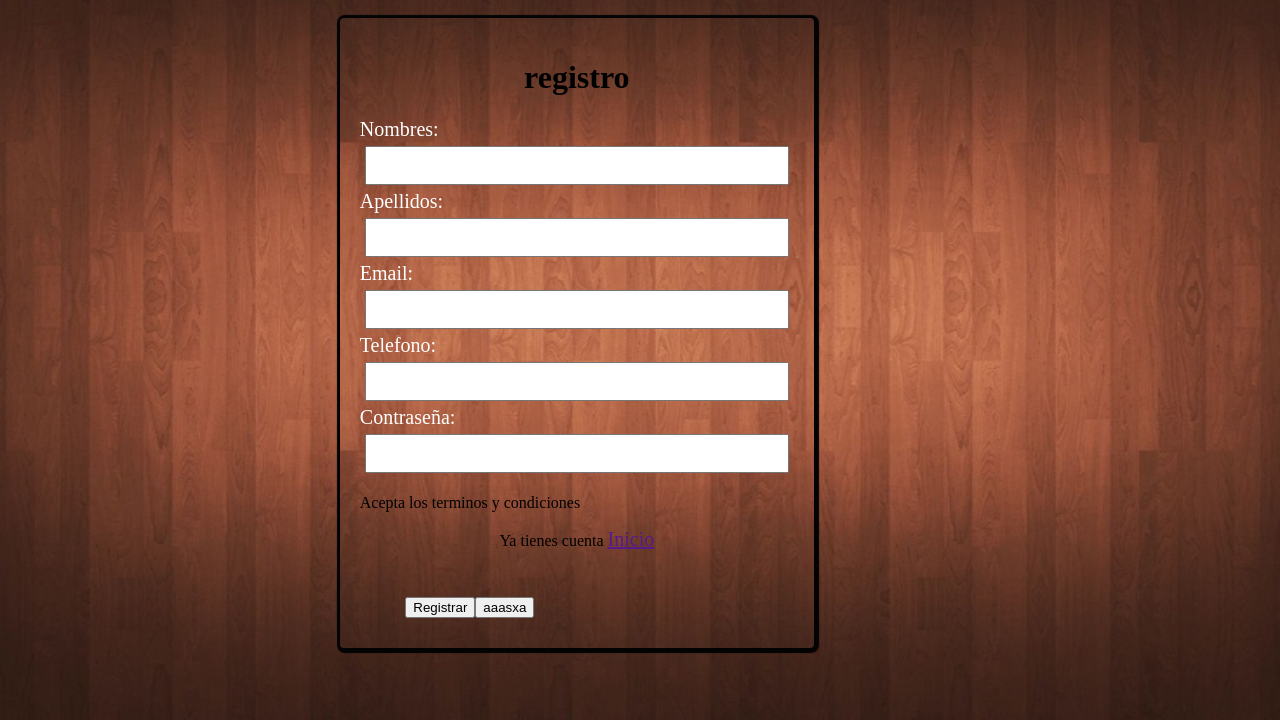
Repository: ye909/aplicacion_restaurante
Page: public/templeis/registro.html
The author's editor kept a copy of each file at every save. The page is drawn from the files as they stood at one save, then again after the next save.
The browser window is 1280 px wide. The pictures show the whole page.

Above is the page before, as saved 2024-11-12 21:55:18.

After the next save:
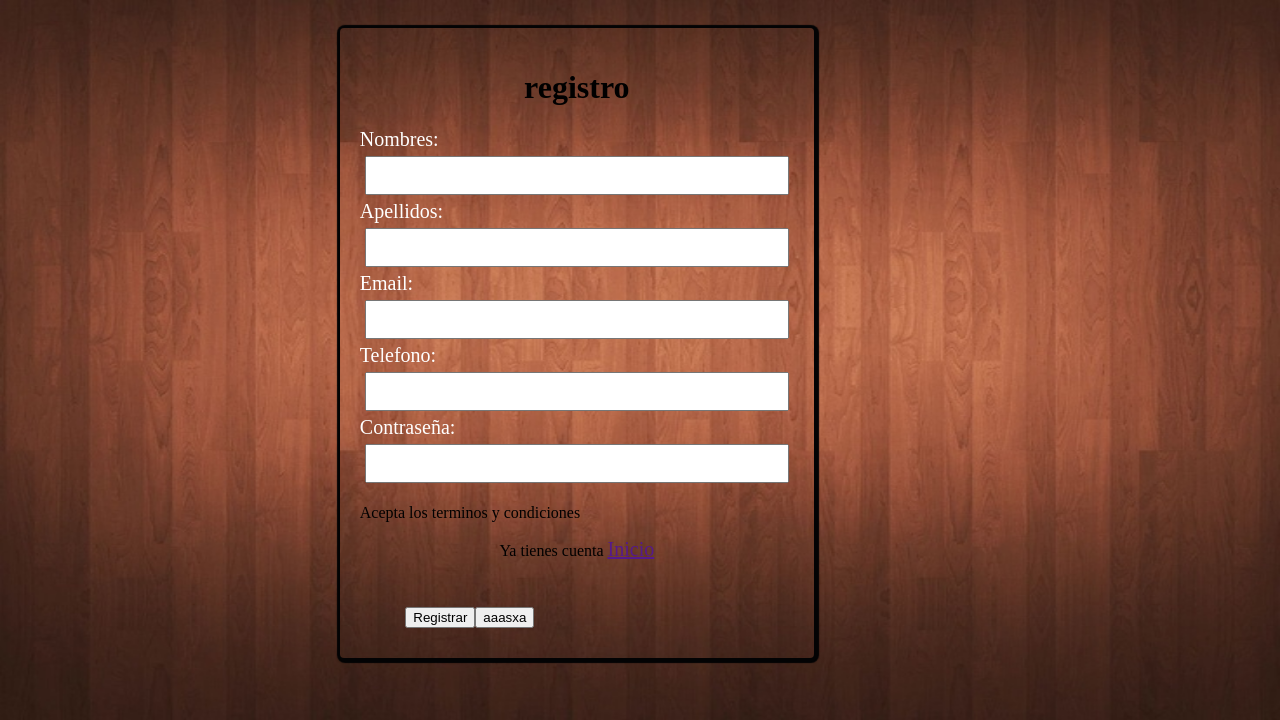
Saved 9 s later.
--- a/public/css/registro.css
+++ b/public/css/registro.css
@@ -17,7 +17,7 @@ h1,.container_inicio{
     align-items:center;
 }
 form{
-margin: 10px 20px;
+margin: 20px;
     padding: 20px;
 
   box-shadow: rgb(3, 3, 4) 1px 1px 1px 4px   ;
